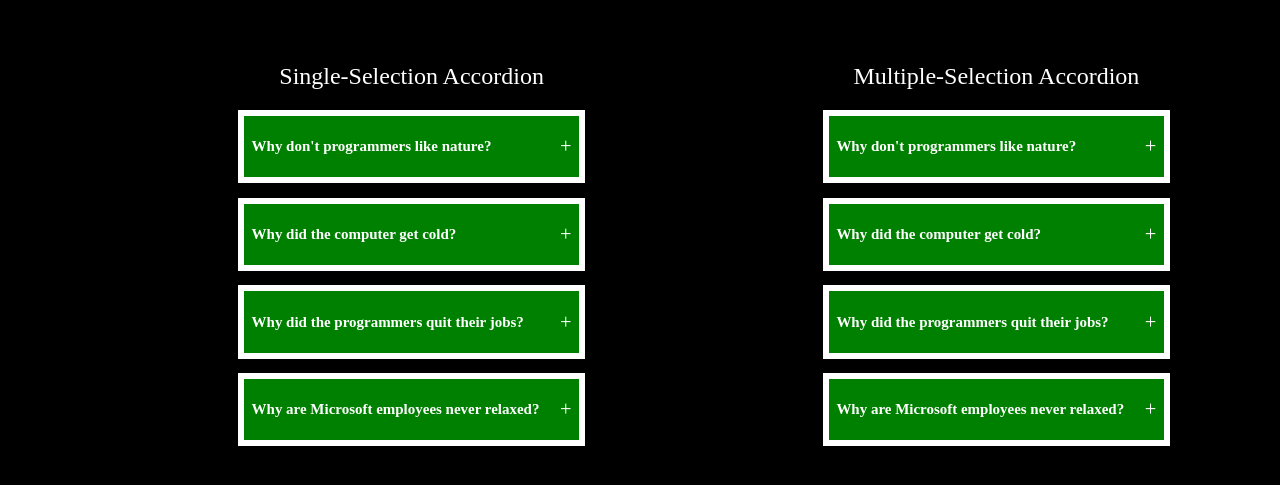
Repository: kosenijr/react-projects
Page: / (app in accordion/)
These files come from the project's save history. The page is drawn as it stood at one moment and after the next save; the edit follows.
The browser window is 1280 px wide. The pictures show the whole page.
The project was rebuilt for these pictures with package versions that can differ from the ones it lists, and the page was loaded fresh each time.

Above is the page before, as saved 2024-03-03 12:59:37.

After the next save:
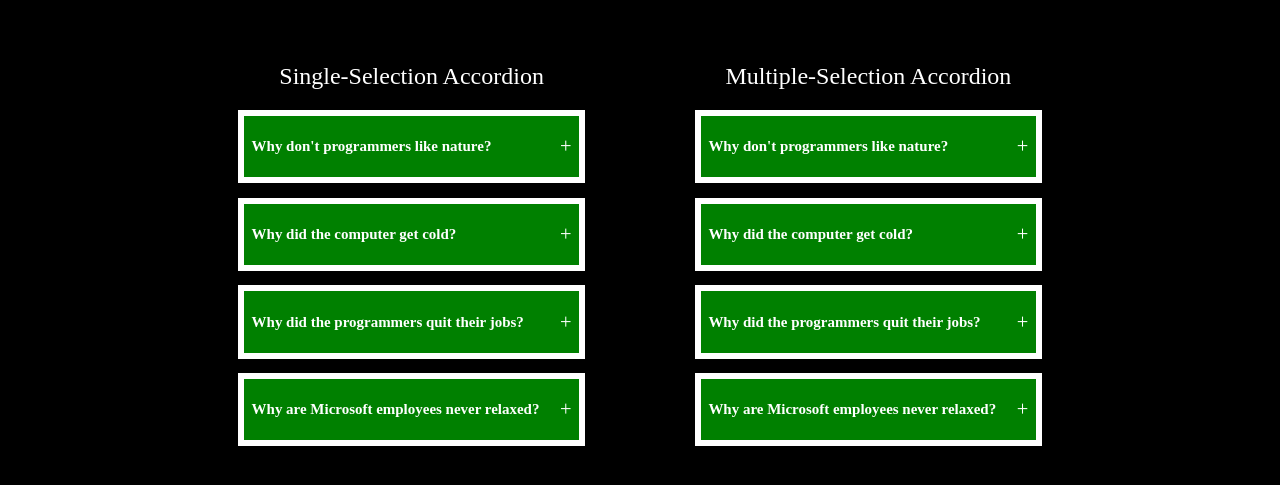
Saved 20 s later.
--- a/accordion/src/styles/MultiSelection.css
+++ b/accordion/src/styles/MultiSelection.css
@@ -2,7 +2,7 @@
   display: flex;
   align-items: center;
   height: 70vh;
-  margin: 0 0 0 10vw;
+  margin: 0 10vw 0 0;
   /* width: 50vw; */
 }
 
